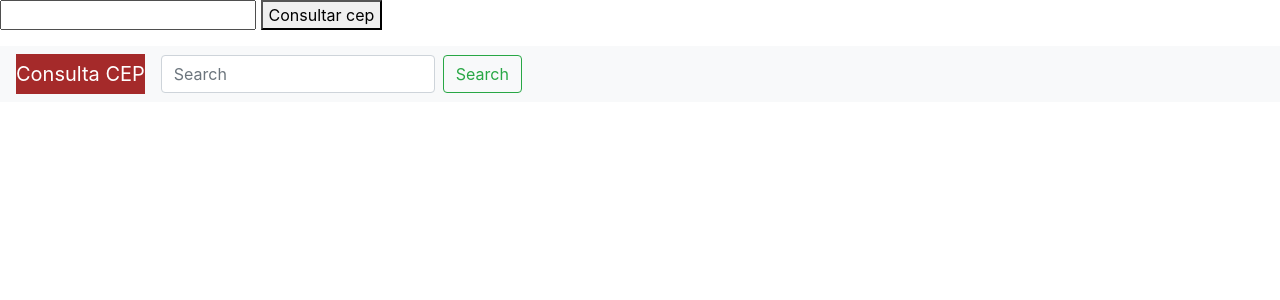
Repository: DaniloBaracho/jquery
Page: index.html
These files come from the project's save history. The page is drawn as it stood at one moment and after the next save; the edit follows.
The browser window is 1280 px wide. The pictures show the whole page.

Above is the page before, as saved 2020-06-19 18:09:08.
Console error: SyntaxError: Unexpected token '.'

After the next save:
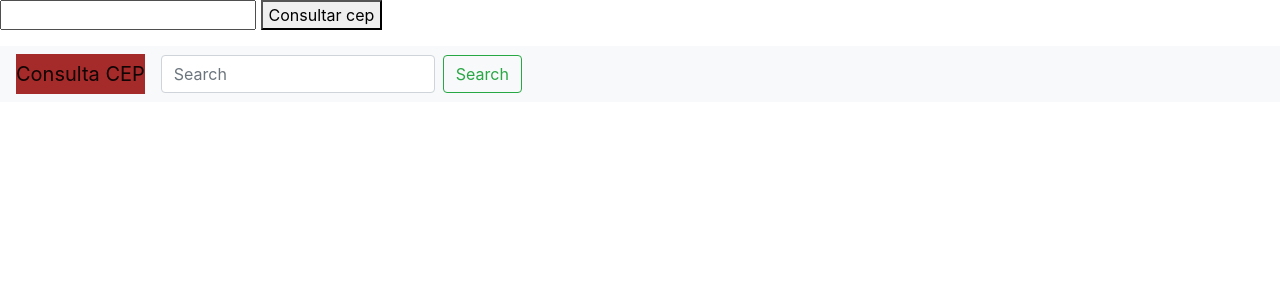
Saved 58 s later.
--- a/index.html
+++ b/index.html
@@ -18,11 +18,11 @@
         <p id="uf"></p>
         <p id="localidade"></p>
         <nav class="navbar navbar-expand-lg navbar-light bg-light">
-            <a class="navbar-brand text-white text-custom">Consulta CEP</a>
-              <form class="form-inline my-2 my-lg-0">
+            <a class="text-custom navbar-brand">Consulta CEP</a>
+              <div class="form-inline my-2 my-lg-0">
                 <input class="form-control mr-sm-2" type="search" placeholder="Search" aria-label="Search">
                 <button class="btn btn-outline-success my-2 my-sm-0" type="submit">Search</button>
-              </form>
+              </div>
 
           </nav>
     </body>
